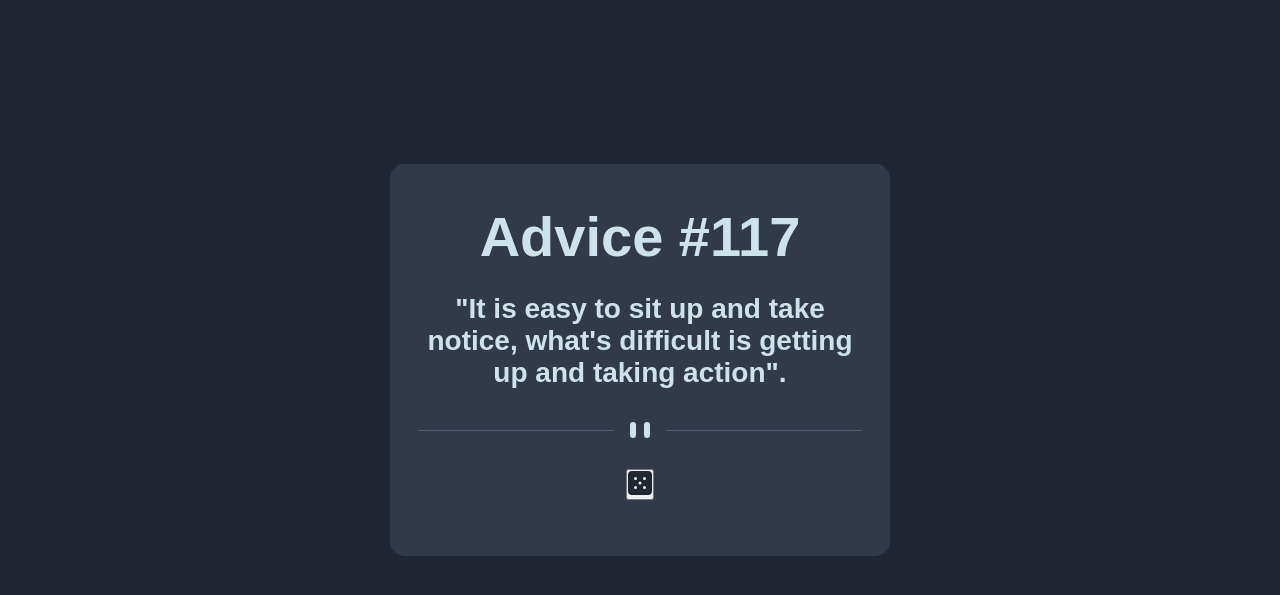
Repository: Daki-builds/advice-generator-app
Page: index.html
An editor plug-in stored every save of this project. The page is shown before and after the next save, followed by the edit.
The browser window is 1280 px wide. The pictures show the whole page.

Above is the page before, as saved 2026-10-08 18:50:58.

### index.html
<!DOCTYPE html>
<html lang="en">

<head>
  <meta charset="UTF-8">
  <meta name="viewport" content="width=device-width, initial-scale=1.0">
  <link rel="icon" type="image/png" sizes="32x32" href="./images/favicon-32x32.png">
  <link rel="stylesheet" href="style.css">
  <title>Frontend Mentor | Advice generator app</title>

</head>

<body>
  <main class="container">
    <h1>Advice #<span id="advice-id">117</span></h1>
    <p id="adviceText">"It is easy to sit up and take notice, what's difficult is getting up and taking action".</p>
    <div>
      <img src="./images/pattern-divider-desktop.svg" alt="divider">
    </div>
    <button id="adviceBtn"><img src="./images/icon-dice.svg" alt="dice">
    </button>
  </main>
</body>

</html>

### style.css
* {
  margin: 0;
  padding: 0;
  box-sizing: border-box;
}

:root {
  --blue-200: hsl(193, 38%, 86%);
  --green-300: hsl(150, 100%, 66%);
  --blue-600: hsl(217, 19%, 38%);
  --blue-900: hsl(217, 19%, 24%);
  --blue-950: hsl(218, 23%, 16%);

  --font-family: "Manrope", sans-serif;
  --font-weight: 800;
  --font-size: 28px;
}

body {
  font-family: var(--font-family);
  font-weight: var(--font-weight);
  font-size: var(--font-size);
  background-color: var(--blue-950);
  color: var(--blue-200);
  display: flex;
  justify-content: center;
  align-items: center;
  min-height: 100vh;
}

.container {
  position: relative;
  background-color: var(--blue-900);
  display: flex;
  flex-direction: column;
  align-items: center;
  gap: 24px;
  padding: 40px 24px 56px;
  width: 100%;
  max-width: 500px;
  border-radius: 15px;
  text-align: center;
}

After the next save:
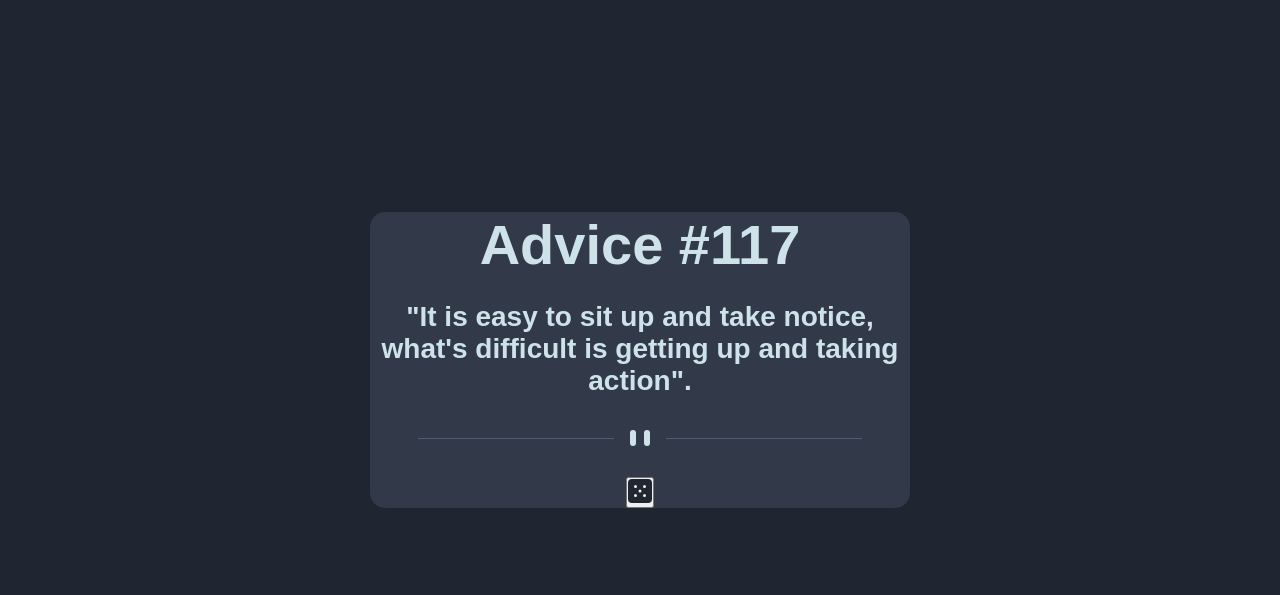
Saved 14 s later.
--- a/style.css
+++ b/style.css
@@ -35,9 +35,8 @@ body {
   flex-direction: column;
   align-items: center;
   gap: 24px;
-  padding: 40px 24px 56px;
   width: 100%;
-  max-width: 500px;
+  max-width: 540px;
   border-radius: 15px;
   text-align: center;
 }
